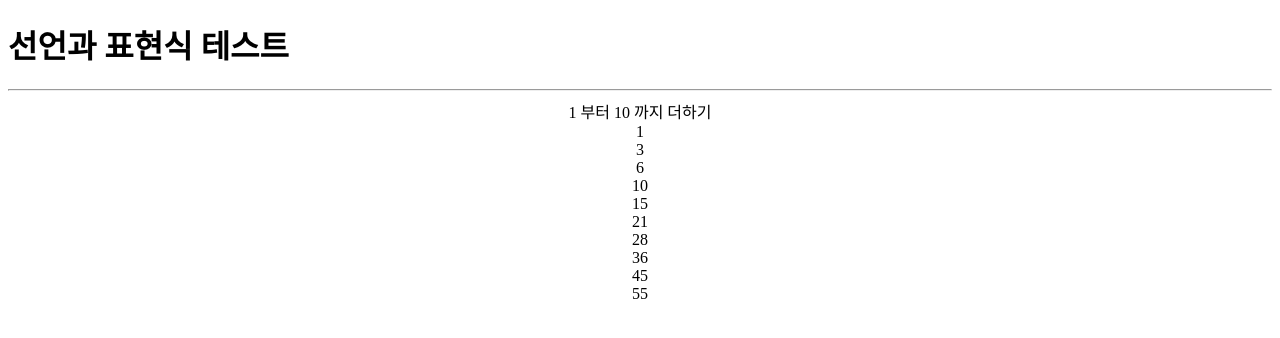
Repository: HyeonbinSa/JSPBook
Page: http://localhost/jspbook/ch05/scriptlet.jsp
These files come from the project's save history. The page is drawn as it stood at one moment and after the next save; the edit follows.
The browser window is 1280 px wide. The pictures show the whole page.
The page is served by Tomcat 9.

Above is the page before, as saved 2020-01-02 08:39:34.

After the next save:
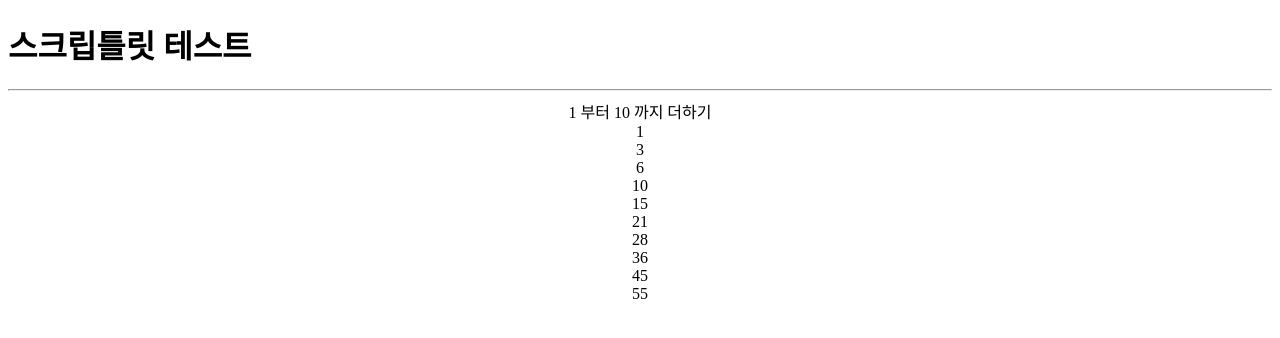
Saved 79 s later.
--- a/jspbook/WebContent/ch05/scriptlet.jsp
+++ b/jspbook/WebContent/ch05/scriptlet.jsp
@@ -15,10 +15,10 @@
 <html>
 <head>
 <meta charset="UTF-8">
-<title>선언과 표현식</title>
+<title>스크립틀릿 테스트</title>
 </head>
 <body>
-<h1>선언과 표현식 테스트</h1>
+<h1>스크립틀릿 테스트</h1>
 <hr>
 <div align="center">
 1 부터 10 까지 더하기 <br>
